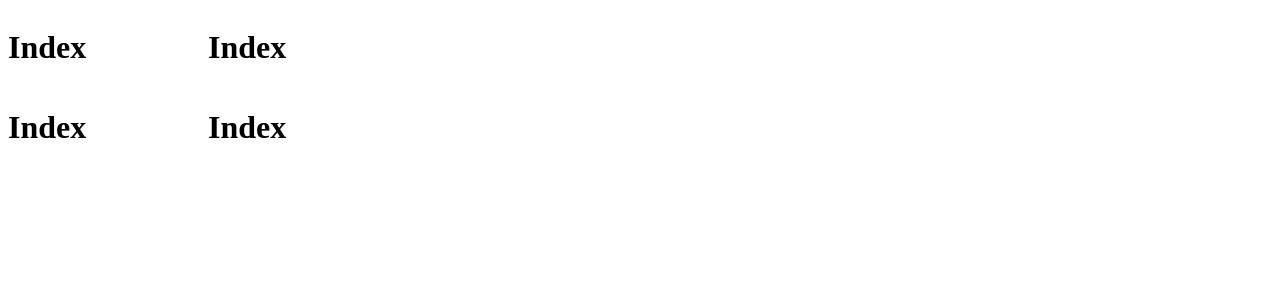
Repository: koukoukou2020/sumurai_HTML-CSS
Page: float01.html
The author's editor kept a record of every edit. The page is drawn from the files as they stood at one moment, then again after the next edit.
The browser window is 1280 px wide. The pictures show the whole page.

Above is the page before.

After the next edit:
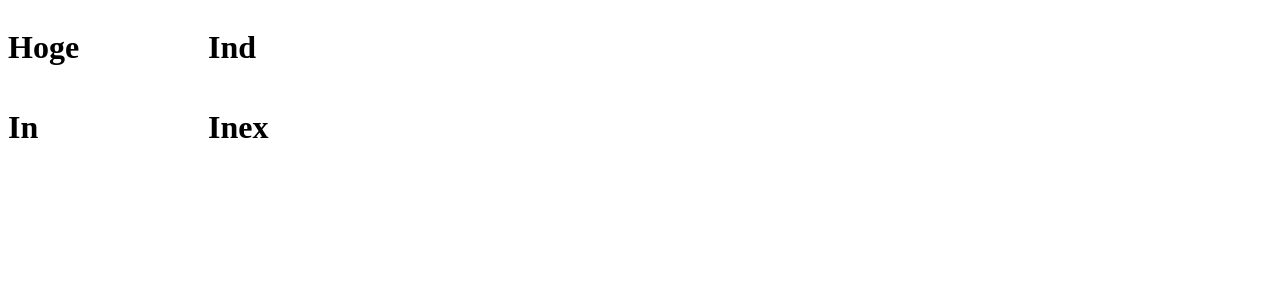
The edit:
--- a/float01.html
+++ b/float01.html
@@ -10,10 +10,10 @@
     </head>
     <body>
         <div id="grid">
-            <h1>Index</h1>
-            <h1>Index</h1>
-            <h1>Index</h1>
-            <h1>Index</h1>
+            <h1>Hoge</h1>
+            <h1>Ind</h1>
+            <h1>In</h1>
+            <h1>Inex</h1>
         </div>
     </body>
 </html>
